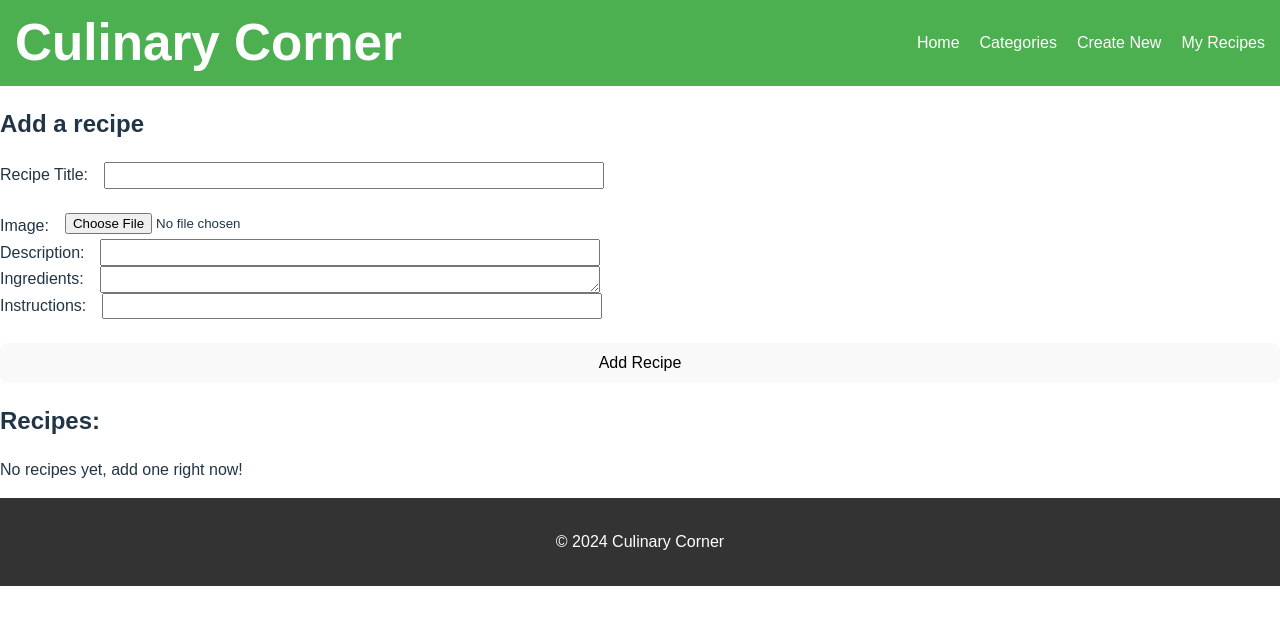
Repository: danielder10/Mon-Jumi-Daniel-FrontEnd-Project
Page: /add-new-recipe
An editor plug-in stored every save of this project. The page is shown before and after the next save, followed by the edit.
The browser window is 1280 px wide. The pictures show the whole page.
The project was rebuilt for these pictures with package versions that can differ from the ones it lists, and the page was loaded fresh each time. Also part of the build but not shown: vite.config.js, src/Home.jsx, src/Categories.jsx, src/MyRecipes.jsx, src/RecipesDetails.jsx.

Above is the page before, as saved 2024-11-16 01:19:39.

### src/App.jsx
import React, { useState } from 'react';
import { BrowserRouter as Router, Routes, Route } from 'react-router-dom';
import Header from './Header';
import Home, { recipes } from './Home';
import Categories from './Categories';
import MyRecipes from './MyRecipes';
import Footer from './Footer';
import './App.css';
import RecipesDetails from './RecipesDetails';
import AddNewRecipe from './AddNewRecipe';

function App() {
  const [myRecipes, setMyRecipes] = useState([]);

  const addRecipeToMyRecipes = (recipe) => {
    setMyRecipes((prevRecipes) => [...prevRecipes, recipe]);
  };

  const removeRecipeFromMyRecipes = (index) => {
    setMyRecipes((prevRecipes) => prevRecipes.filter((_, i) => i !== index));
  };

  return (
    <Router>
      <div className="App">
        <Header />
        <Routes>
          <Route path="/" element={<Home addRecipeToMyRecipes={addRecipeToMyRecipes} />} />
          <Route path="/categories" element={<Categories />} />
          <Route
            path="/my-recipes"
            element={<MyRecipes myRecipes={myRecipes} removeRecipeFromMyRecipes={removeRecipeFromMyRecipes} />}
          />
          <Route path="/recipe/:id" element={<RecipesDetails recipes={recipes} />} />
          <Route path="/add-new-recipe" element={<AddNewRecipe />} />
        </Routes>
        <Footer />
      </div>
    </Router>
  );
}

export default App;

### src/Header.jsx
import React from 'react';
import { Link } from 'react-router-dom';

function Header() {
  return (
    <header className="header">
      <h1 className="logo">Culinary Corner</h1>
      <nav>
        <ul className="nav-list">
          <li className="nav-item"><Link to="/">Home</Link></li>
          <li className="nav-item"><Link to="/categories">Categories</Link></li>
          <li className="nav-item"><Link to="/add-new-recipe">Create New</Link></li>
          <li className="nav-item"><Link to="/my-recipes">My Recipes</Link></li>
        </ul>
      </nav>
    </header>
  );
}

export default Header;

### src/Footer.jsx
import React from 'react';

function Footer() {
  return (
    <footer>
      <p>&copy; 2024 Culinary Corner</p>
    </footer>
  );
}

export default Footer;

### src/App.css
* {
  box-sizing: border-box;
}

body {
  margin: 0;
  font-family: Arial, sans-serif;
}

.App {
  display: flex;
  flex-direction: column;
  height: 100vh;
  width: 100vw;

}

.header {
  background-color: #4CAF50;
  color: white;
  padding: 15px;
  display: flex;
  justify-content: space-between;
  align-items: center;
  min-height: 60px;
  z-index: 10;
}

.logo {
  margin: 0;
}

.nav-list {
  list-style-type: none;
  margin: 0;
  padding: 0;
  display: flex;
}

.nav-item {
  margin-left: 20px;
}

.nav-item a {
  color: white;
  text-decoration: none;
  transition: color 0.3s;
}

.nav-item a:hover {
  color: #FFC107;
}

.recipe-list {
  display: flex;
  flex-wrap: wrap;
}

.recipe-item {
  margin: 1rem;
  padding: 1rem;
  border: 1px solid #ddd;
}

footer {
  background-color: #333;
  color: white;
  text-align: center;
  padding: 1rem;
  position: relative;
  width: 100%;
  bottom: 0;
}

.btn-forward {
  background-color: purple;
}

.card-btn {
  display: flex;
  gap: 4rem;
}

/****** Add new recipe ******/
.add-recipe-form {
  display: flex;
  flex-direction: column;
  flex-wrap: wrap;
}

.input-field {
  display: flex;
  flex-direction: row;
  align-items: center;

  gap: 1em;
}

.input-field input, textarea {
  width:500px;
  height: 2em;
}

### src/AddNewRecipe.jsx
import React from 'react';
import { useState } from 'react';
import AddRecipeForm from './components/AddRecipeForm';
import './App.css';

export default function AddNewRecipe() {
    const [recipes, setRecipes] = useState([]);

    const handleAddRecipe = (newRecipe) => {
        setRecipes([...recipes, newRecipe]);
    };

  return (
    <>
        <div>
            <AddRecipeForm onAddRecipe={handleAddRecipe} />
            <div>
                <h2>Recipes:</h2>
                {recipes.length === 0 ? (
                    <p>No recipes yet, add one right now!</p>
                ) : (
                    recipes.map((recipe, index) => (
                        <div key={index} className="add-recipe-container">
                            <h3>{recipe.title}</h3>
                            <img
                                src={URL.createObjectURL(recipe.img)}
                                alt={recipe.title}
                                style={{ width: "150px", height: "150px", objectFit: "cover" }}
                            />
                            <p><strong>Description:</strong> {recipe.description}</p>
                            <p><strong>Ingredients:</strong> {recipe.ingredients}</p>
                            <p><strong>Instructions:</strong> {recipe.instruction}</p>
                        </div>
                    ))
                )}
            </div>
        </div>
    </>
  );
};

### src/components/AddRecipeForm.jsx
import { useState } from "react";
import '../App.css';

export default function AddRecipeForm( {onAddRecipe} ) {
    // form input state
    const [title, setTitle] = useState();
    const [img, setImg] = useState();
    const [description, setDescription] = useState();
    const [ingredients, setIngredients] = useState();
    const [instruction, setInstruction] = useState();

    // submit handler
    const handleSubmit = (e) => {
        e.preventDefault(); // prevent page refresh

        if (!title || !ingredients || !instruction || !description) {
            alert("All fields except image are required");
            return;
        }

        // create new recipe object
        const newRecipe = {title, img, description, ingredients, instruction};

        // send new recipe
        onAddRecipe(newRecipe);

        setTitle("");
        setImg(null);
        setDescription("");
        setIngredients("");
        setInstruction("")
    };

    return (
        <>
            <form onSubmit={handleSubmit} className="add-recipe-form">
                <h2>Add a recipe</h2>
                <label className="input-field">
                    Recipe Title:
                    <input
                        type="text"
                        value={title}
                        onChange={(e) => setTitle(e.target.value)}
                        required
                    />
                </label>
                <br/>
                <label className="input-field">
                    Image:
                    <input
                        type="file"
                        onChange={(e) => setImg(e.target.files[0])}
                        accept="image/*"
                    />
                </label>
                <label className="input-field">
                    Description:
                    <input
                        type="text"
                        value={description}
                        onChange={(e) => setDescription(e.target.value)}
                        required
                    />
                </label>
                <label className="input-field">
                    Ingredients:
                    <textarea
                        value={ingredients}
                        onChange={(e) => setIngredients(e.target.value)}
                        required
                    />
                </label>
                <label className="input-field">
                    Instructions:
                    <input
                        value={instruction}
                        onChange={(e) => setInstruction(e.target.value)}
                        required
                    />
                </label>
                <br/>
                <button type="submit">Add Recipe</button>
            </form>
        </>
    )
}

Loaded but not shown: index.html (common file); src/main.jsx (common file); src/index.css (common file)

After the next save:
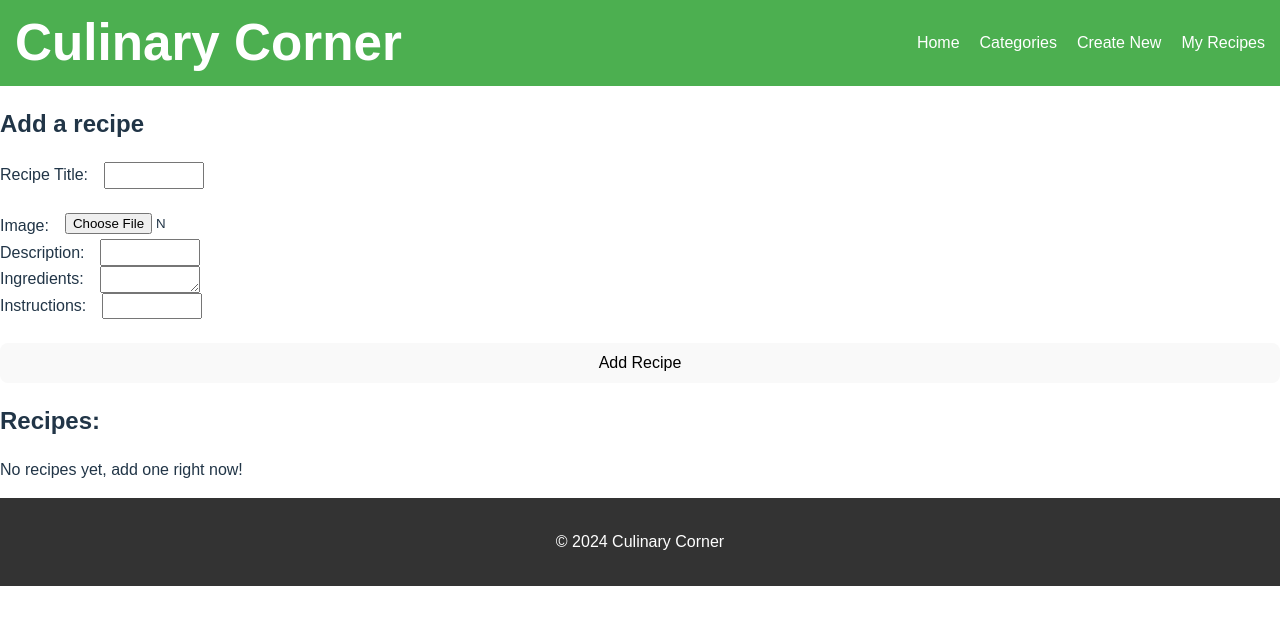
Saved 10 s later.
--- a/src/App.css
+++ b/src/App.css
@@ -97,6 +97,6 @@ footer {
 }
 
 .input-field input, textarea {
-  width:500px;
+  width: 100px;
   height: 2em;
 }
